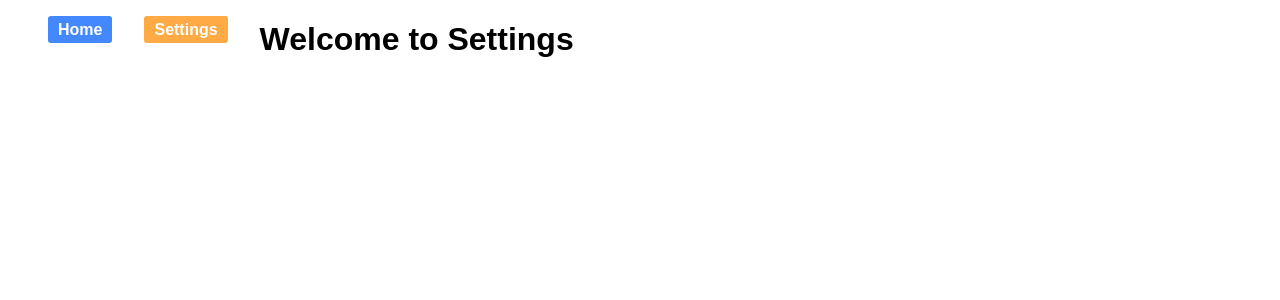
Repository: ErikBaer/News-of-the-World
Page: views/settings.html
These files come from the project's save history. The page is drawn as it stood at one moment and after the next save; the edit follows.
The browser window is 1280 px wide. The pictures show the whole page.

Above is the page before, as saved 2020-01-19 14:30:37.

After the next save:
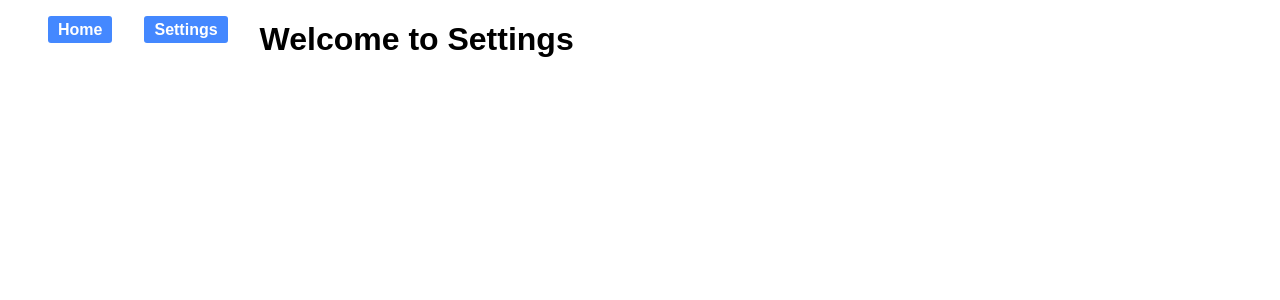
Saved 47 s later.
--- a/public/css/style.css
+++ b/public/css/style.css
@@ -20,7 +20,7 @@
     border-radius: 3px;
 }
 
-.nav-link.active {
+.nav-link active {
     background-color: #ffaa44;
 }
 

After the save that followed:
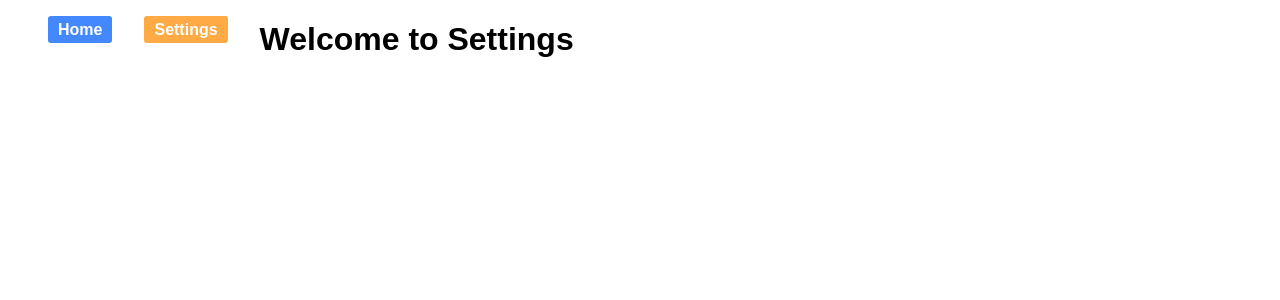
Saved 74 s later.
--- a/public/css/style.css
+++ b/public/css/style.css
@@ -20,7 +20,8 @@
     border-radius: 3px;
 }
 
-.nav-link active {
+.nav-link.active,
+nav-link.active:hover {
     background-color: #ffaa44;
 }
 
